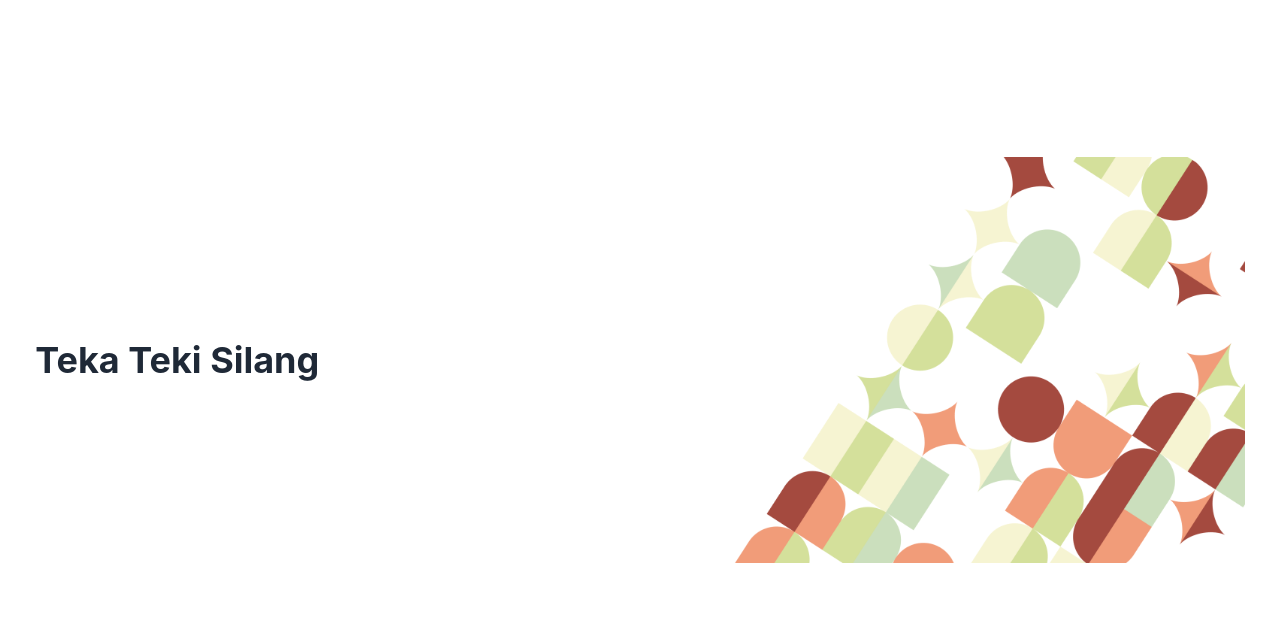
Repository: farrelmuhammad/tts-clue
Page: /
An editor plug-in stored every save of this project. The page is shown before and after the next save, followed by the edit.
The browser window is 1280 px wide. The pictures show the whole page.
The project was rebuilt for these pictures with package versions that can differ from the ones it lists, and the page was loaded fresh each time. Also part of the build but not shown: src/App.css.

Above is the page before, as saved 2023-02-02 18:06:05.

### src/App.js
import "./App.css";
import bgHome from "./assets/background.png"

function App() {
  return (
    <>
      <section class="h-screen">
        <div class="px-6 h-full text-gray-800">
          <div class="flex xl:justify-center lg:justify-between justify-center items-center flex-wrap h-full g-6">
            <div class="grow-0 shrink-1 md:shrink-0 basis-auto xl:w-6/12 lg:w-6/12 md:w-9/12 mb-12 md:mb-0">
              <h1 class="text-4xl font-bold text-gray-800">Teka Teki Silang</h1>
            </div>
            <div class="xl:ml-20 xl:w-5/12 lg:w-5/12 md:w-8/12 mb-12 md:mb-0">
              <img src={bgHome} class="w-full h-full object-cover" />
            </div>
          </div>
        </div>
      </section>
    </>
  );
}

export default App;

Loaded but not shown: public/index.html (common file); src/index.js (common file); src/index.css (common file); src/reportWebVitals.js (common file); tailwind.config.js (common file)

After the next save:
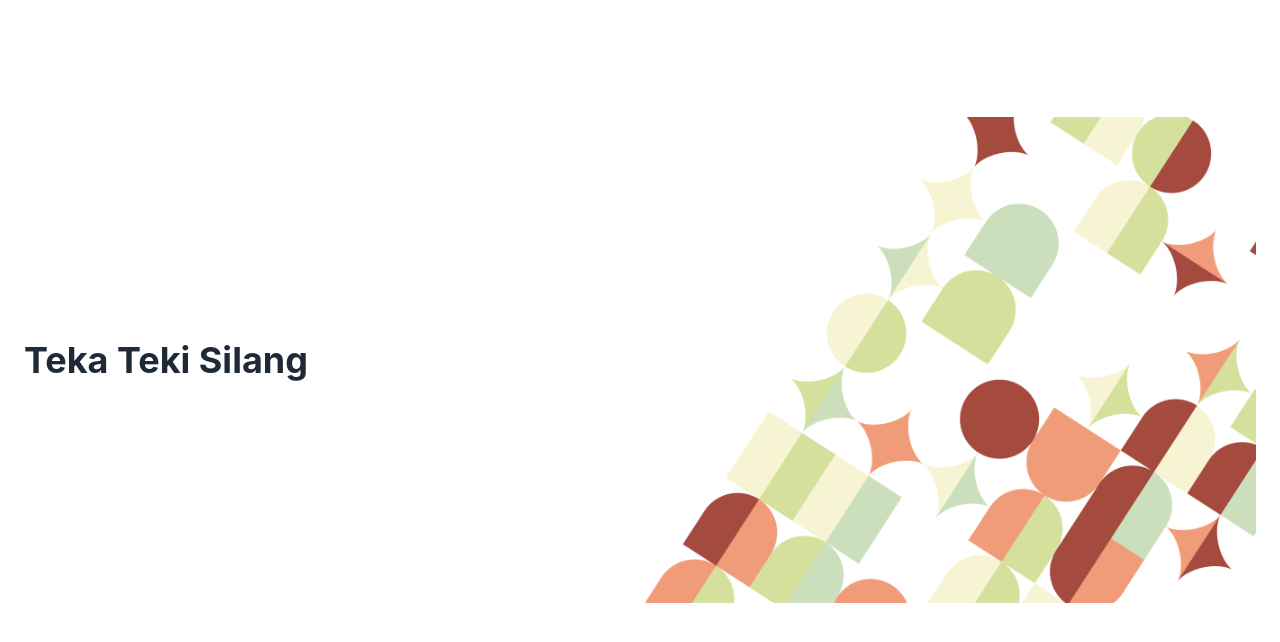
Saved 40 s later.
--- a/src/App.js
+++ b/src/App.js
@@ -10,7 +10,8 @@ function App() {
             <div class="grow-0 shrink-1 md:shrink-0 basis-auto xl:w-6/12 lg:w-6/12 md:w-9/12 mb-12 md:mb-0">
               <h1 class="text-4xl font-bold text-gray-800">Teka Teki Silang</h1>
             </div>
-            <div class="xl:ml-20 xl:w-5/12 lg:w-5/12 md:w-8/12 mb-12 md:mb-0">
+            {/* <div class="xl:ml-20 xl:w-5/12 lg:w-5/12 md:w-8/12 mb-12 md:mb-0"> */}
+            <div class="grow-0 shrink-1 md:shrink-0 basis-auto xl:w-6/12 lg:w-6/12 md:w-9/12 mb-12 md:mb-0">
               <img src={bgHome} class="w-full h-full object-cover" />
             </div>
           </div>
